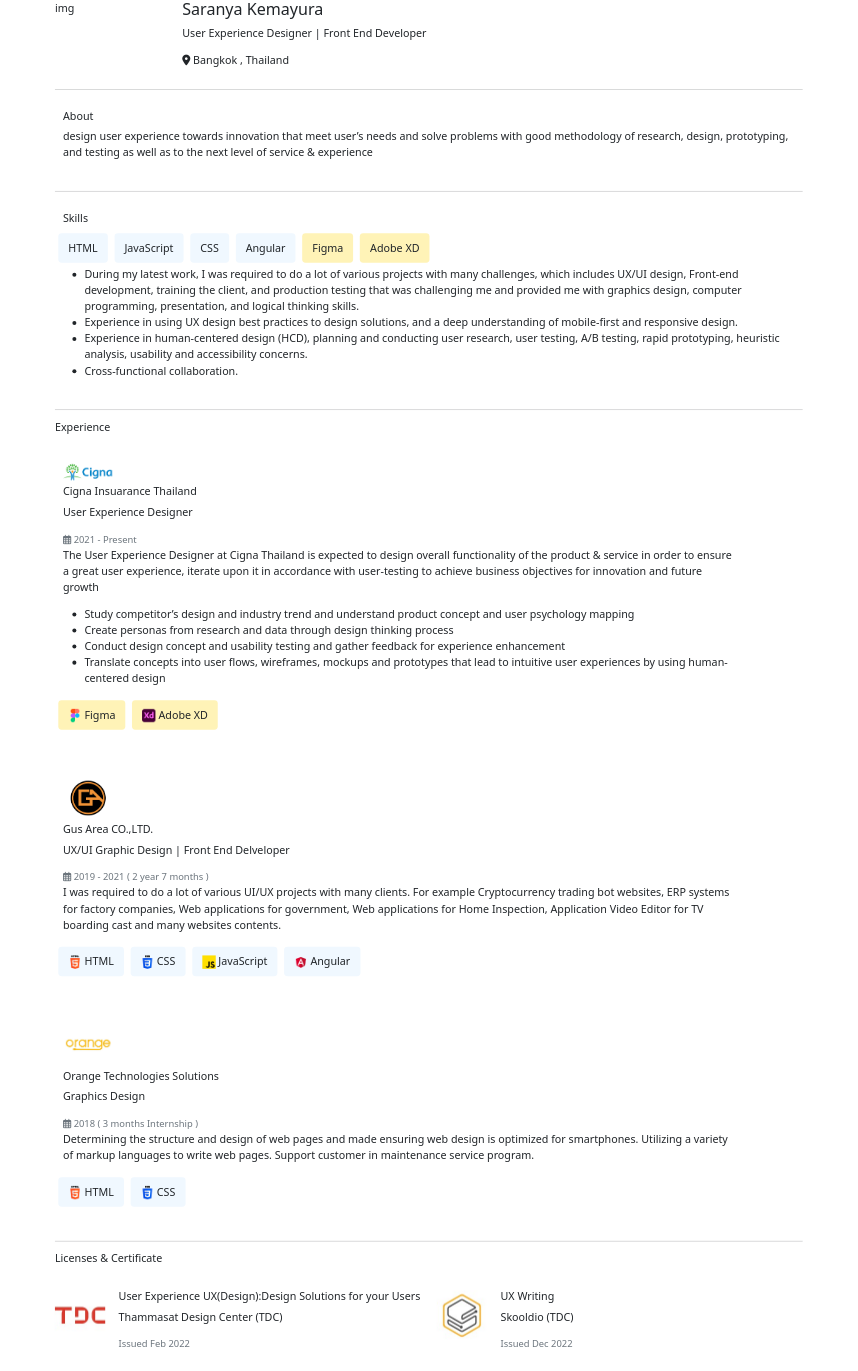
Repository: 0910th/portfolio
Page: index.html
The author's editor kept a copy of each file at every save. The page is drawn from the files as they stood at one save, then again after the next save.
The browser window is 1280 px wide. The pictures show the whole page, at 67% of full size.

Above is the page before, as saved 2022-12-12 21:24:22.

After the next save:
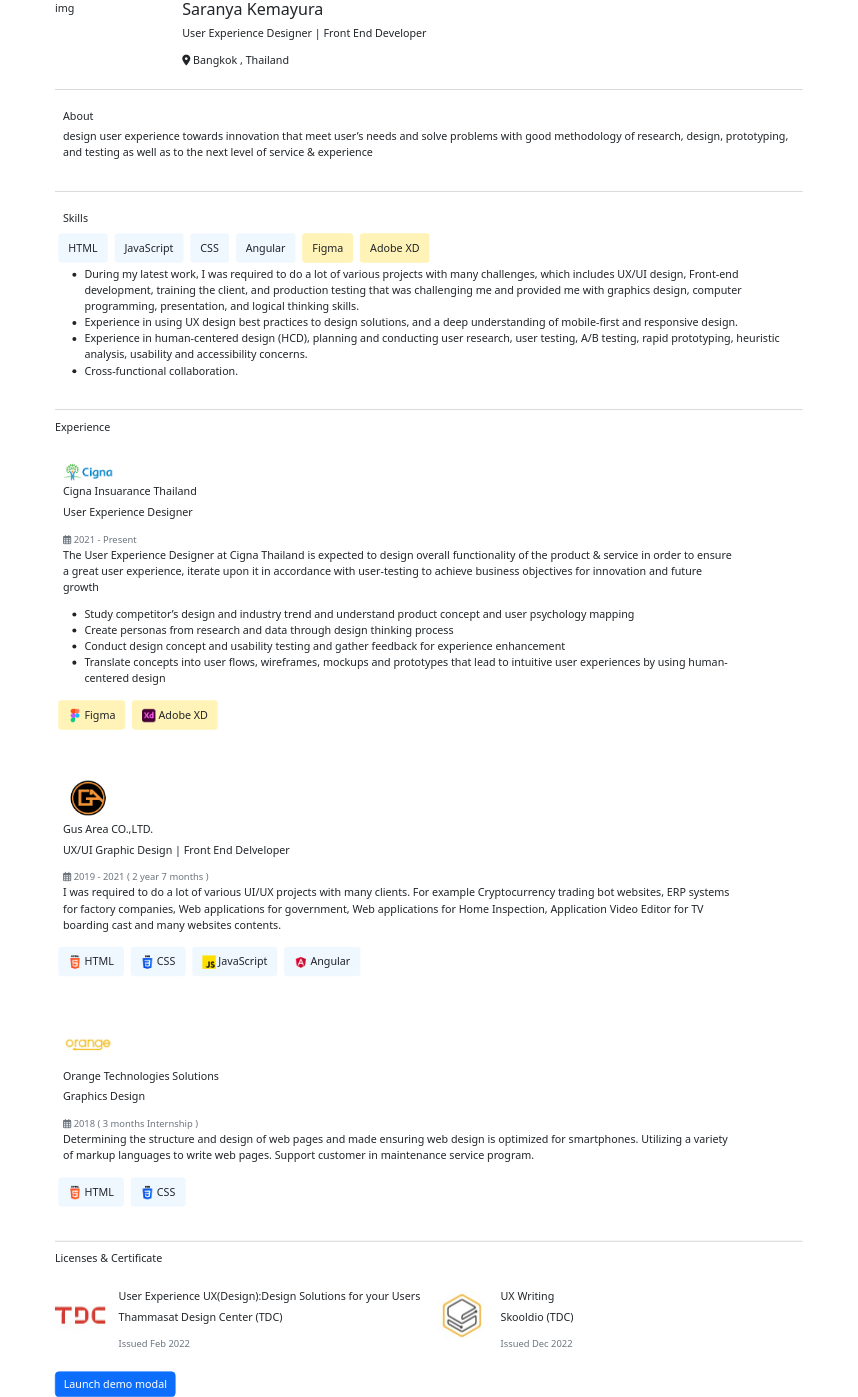
Saved 8 days later.
--- a/index.html
+++ b/index.html
@@ -173,6 +173,28 @@
 
 
         </div>
+        <button type="button" class="btn btn-primary" data-bs-toggle="modal" data-bs-target="#exampleModal">
+            Launch demo modal
+        </button>
+
+        <!-- Modal -->
+        <div class="modal fade" id="exampleModal" tabindex="-1" aria-labelledby="exampleModalLabel" aria-hidden="true">
+            <div class="modal-dialog">
+                <div class="modal-content">
+                    <div class="modal-header">
+                        <h1 class="modal-title fs-5" id="exampleModalLabel">Modal title</h1>
+                        <button type="button" class="btn-close" data-bs-dismiss="modal" aria-label="Close"></button>
+                    </div>
+                    <div class="modal-body">
+                        ...
+                    </div>
+                    <div class="modal-footer">
+                        <button type="button" class="btn btn-secondary" data-bs-dismiss="modal">Close</button>
+                        <button type="button" class="btn btn-primary">Save changes</button>
+                    </div>
+                </div>
+            </div>
+        </div>
 
 
     </div>
